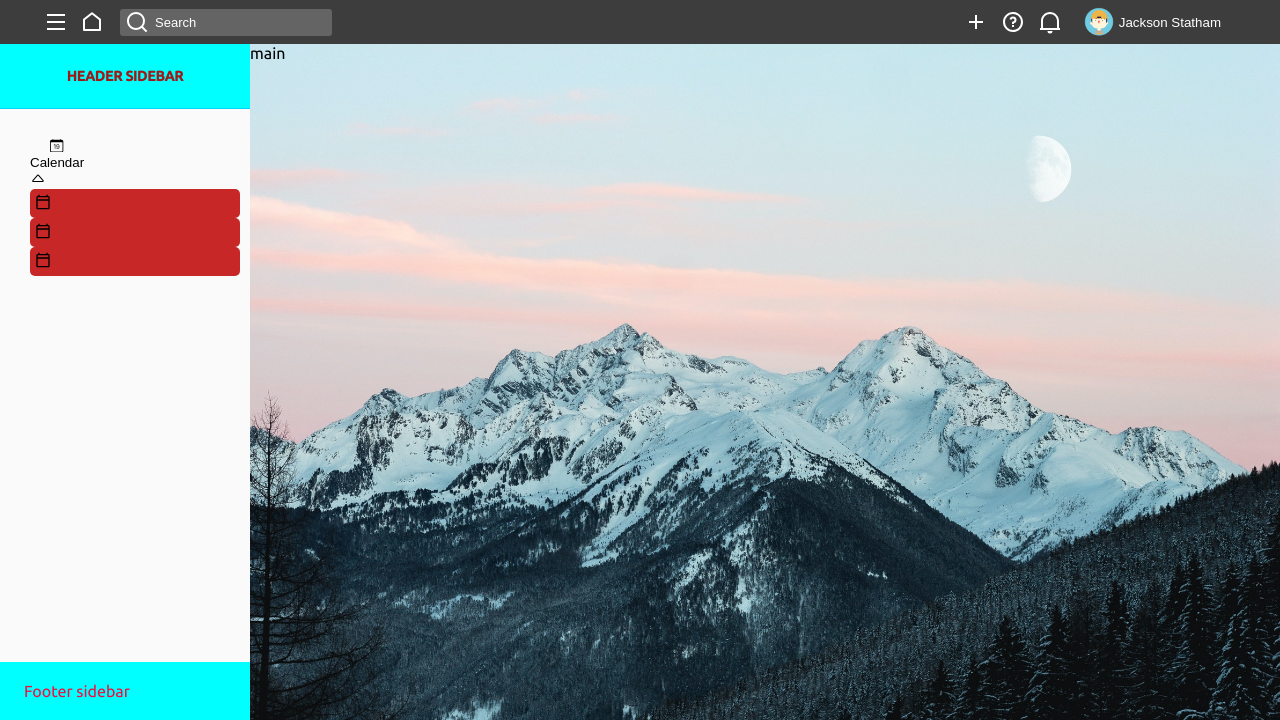
Repository: huuthe1999/to-do-list
Page: /
The author's editor kept a copy of each file at every save. The page is drawn from the files as they stood at one save, then again after a run of saves.
The browser window is 1280 px wide. The pictures show the whole page.
The project was rebuilt for these pictures with package versions that can differ from the ones it lists, and the page was loaded fresh each time. Also part of the build but not shown: src/components/form/addForm/addForm.scss, src/components/form/addForm/AddForm.js, src/components/modal/modal.scss, src/components/modal/Modal.js.

Above is the page before, as saved 2022-02-17 14:03:39.

After the next 2 saves:
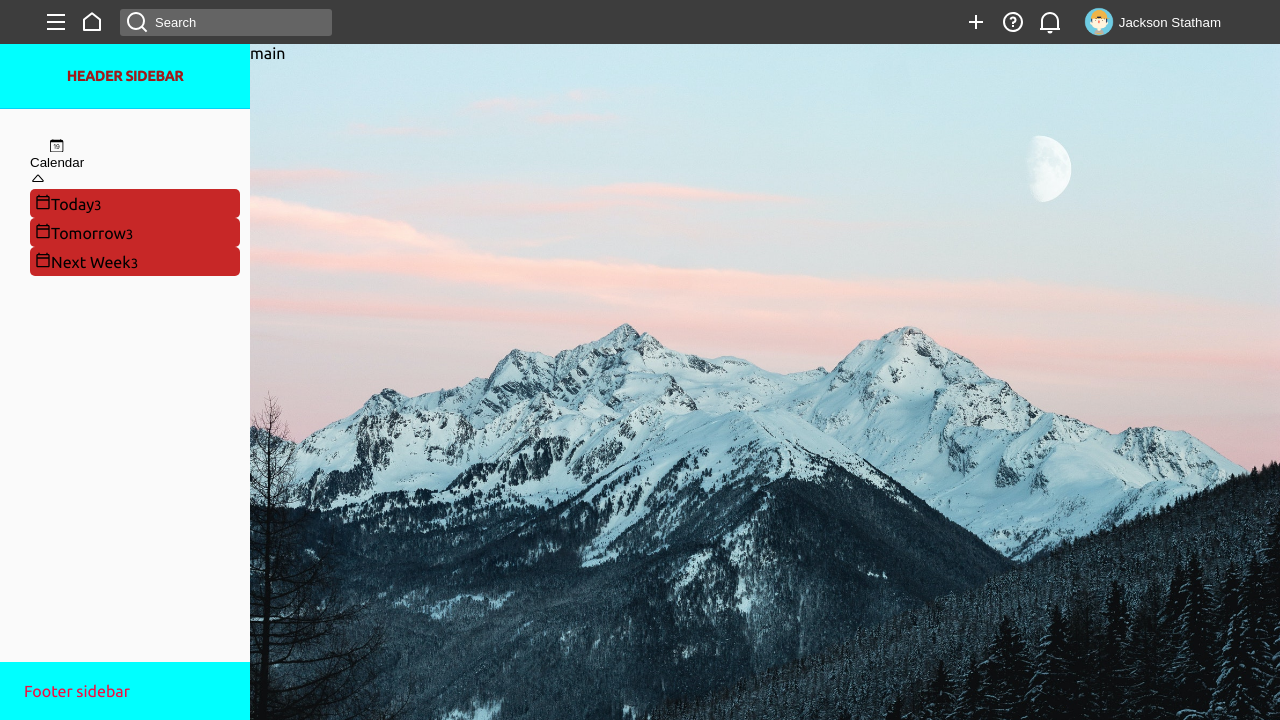
The 2 saves are shown as one change because 1 did not build or start.
The last was saved 60 s later.
--- a/src/components/calendar/calendarItem/CalendarItem.js
+++ b/src/components/calendar/calendarItem/CalendarItem.js
@@ -1,12 +1,15 @@
+import { MdOutlineCalendarToday } from 'react-icons/md';
 import './calendarItem.scss';
-import { MdOutlineCalendarToday } from 'react-icons/md';
 const CalendarItem = ({ name }) => {
 	return (
 		<li className='calendar__content--item'>
 			<span className='calendar__content--item-icon'>
 				<MdOutlineCalendarToday />
 			</span>
-			<span className='calendar__content--item-content'></span>
+			<span className='calendar__content--item-content'>
+				{name}
+				<small>3</small>
+			</span>
 		</li>
 	);
 };
